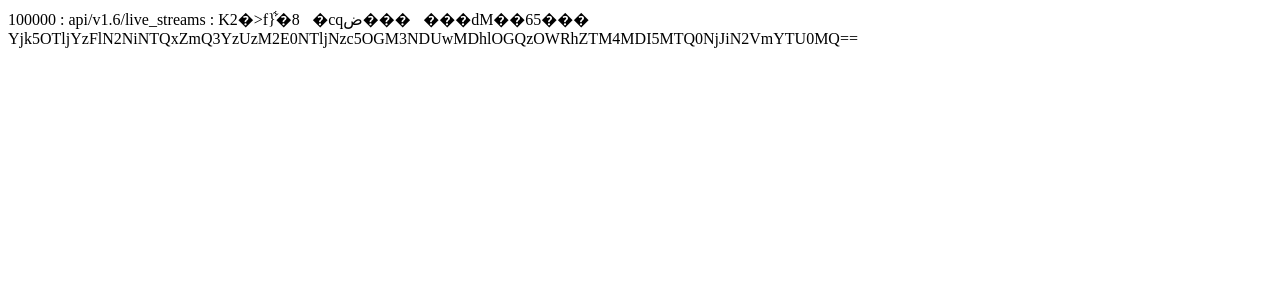
Repository: junhyeongShin/comunity_app
Page: http://localhost/Broadcast/curl copy.php
An editor plug-in stored every save of this project. The page is shown before and after a run of saves, followed by the edit.
The browser window is 1280 px wide. The pictures show the whole page.
The page is run by PHP 8.4 with error messages shown; the project is at /var/www/html/.

Above is the page before, as saved 2021-05-28 13:45:18.

### Broadcast/curl copy.php
<?php

$timestamp = 100000;
$path = "api/v1.6/live_streams";
$wscApiKey = "ZU5iQaPSt14WHFvQPZ1DGRDxBOc0R7bSHa2vN0W4JA0Q3hXONsRtr0T8uQoA3010";

$wscApiKey = hash('sha256',$wscApiKey,true);

$hmacData = ($timestamp.' : '.$path.' : '.$wscApiKey);
echo $hmacData;
echo '<br>';

$hash_key = base64_encode(hash_hmac('sha256',$hmacData,$wscApiKey));
echo $hash_key;
echo '<br>';


?>

After the next 2 saves:
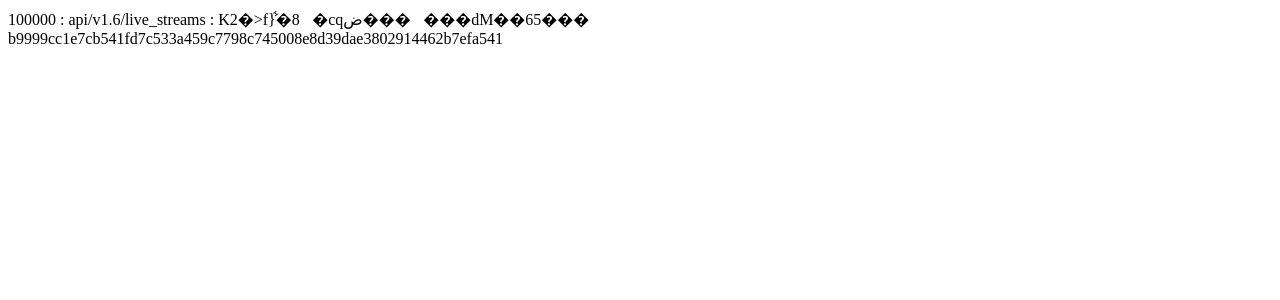
The 2 saves are shown as one change because they came seconds apart.
The last was saved 9 s later.
--- a/Broadcast/curl copy.php
+++ b/Broadcast/curl copy.php
@@ -10,7 +10,7 @@ $hmacData = ($timestamp.' : '.$path.' : '.$wscApiKey);
 echo $hmacData;
 echo '<br>';
 
-$hash_key = base64_encode(hash_hmac('sha256',$hmacData,$wscApiKey));
+$hash_key = hash_hmac('sha256',$hmacData,$wscApiKey);
 echo $hash_key;
 echo '<br>';
 
